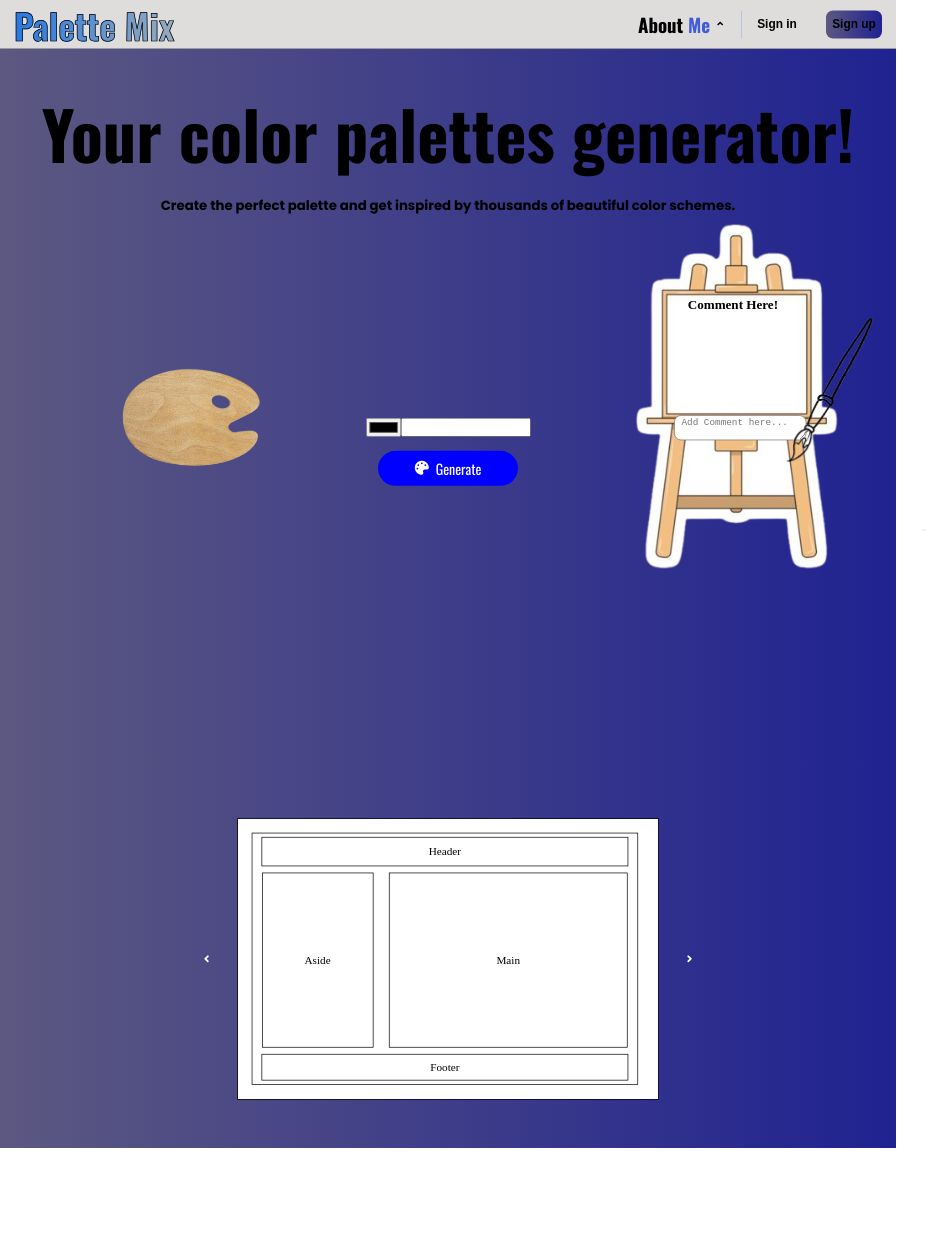
Repository: dmpelaez/Login-Signup-form
Page: Color/colorHeader.html
The author's editor kept a copy of each file at every save. The page is drawn from the files as they stood at one save, then again after the next save.
The browser window is 1280 px wide. The page is 1353 px wide, so the pictures cover 1353 px, including what lies to the right of the window. The pictures show the whole page, at 70% of full size.
Some web libraries are served in a nearby version.

Above is the page before, as saved 2025-12-12 16:11:34.

### Color/colorHeader.html
<!DOCTYPE html>

  <html lang="en" dir="ltr">

    <head>

      <title>Palette Mix</title>
      <!--Style-->
      <link rel="stylesheet" href="colorHeader.css">
      <link rel="stylesheet" href="colorMain.css">
      <link rel="stylesheet" href="https://cdnjs.cloudflare.com/ajax/libs/font-awesome/5.14.0/css/all.min.css">
    </head>
    <body>

      <header class="color-header">
        <!--Title-->
        <a href="colorHeader.html">
          <section id="title" class="color-title">
            Palette Mix
          </section>
        </a>

        <!--End-->

        <!--Right side navigation bar-->
        <section class="navigation-bar">

          <!--About me-->
          <button class="about-me">
            <span class="aboutme">About <span class="me-text">Me</span></span>
            <i class="fas fa-angle-up"></i>
          </button>

          <!--Login & Signup form-->
          <div class="signin-signup">
            <button class="sign-in">
              Sign in
            </button>
            <button class="sign-up">
              Sign up
            </button>
          </div>
        </section>
        <!--End-->
      </header>

      <main class="mainpage">

        <!--Main page-->
        <div class="main-page">

          <section class="title1">

            <h1 class="intro">Your color palettes generator!</h1>

            <h3 class="little-info">Create the perfect palette and get inspired by thousands of beautiful color schemes.</h3>
            <div class="sliding">
              <div class="colors">
              </div>
              <div class="colors2">
              </div>
              <div class="colors3">
              </div>
               <div class="colors4">
              </div>
            </div>

            <div class="colorSearch">
              <input type="color" class="colorbox">
              <Input type="text"  class="textbox">
              <img class="brush" src="brush.png">
              <img class="plate" src="plate.png">
              <img class="board" src="board.png">
                <div class="comment-section">
                  <h3 class="comment-text">Comment Here!</h3>
                  <ul class="comment-list"></ul>
                  <textarea class="comment-input" placeholder="Add Comment here..."></textarea>
                </div>
              </img>

            </div>

            <button class="generator">
              <i class="fas fa-palette"></i>
              Generate
            </button>
          </section>


        </div>

        <div class="theWhole">
          <div class="colorGenerator">
          </div>

          <div class="wholeDesign">
          <i id="leftIcon" class="fas fa-angle-left"></i>
              <div class="divBox">

            <!--Design 1-->


            <div class="divScroll">
              <div  class="div1">
                <div id="randomBox1" class="divpage1">
                  <header id="randomBox2" class="headerDiv1">Header</header>
                  <main  id="randomBox3" class="mainDiv1">
                    <div id="randomBox4" class="asideDiv1">Aside</div>
                    <div id="randomBox5" class="frontDiv1">Main</div>
                  </main>
                  <footer id="randomBox7" class="footerDiv1">Footer</footer>
                </div>
              </div>
              <!--Design 2-->
              <div  class="div2">
                <div id="randomBox1" class="divpage2">
                  <header id="randomBox2" class="headerDiv2">Header</header>
                    <div id="randomBox4" class="asideDiv2">Aside</div>
                    <div id="randomBox5" class="frontDiv2">Main</div>
                  <footer id="randomBox7" class="footerDiv2">Footer</footer>
                </div>
              </div>

              <!--Design 3-->

              <div  class="div3">
                <div id="randomBox1" class="divpage3">
                  <header id="randomBox2" class="headerDiv3">Header</header>
                    <div class="navBar">Navigation</div>
                    <div id="randomBox4" class="asideDiv3">Aside</div>
                    <div id="randomBox4" class="asideDiv32">Aside</div>
                    <div id="randomBox5" class="frontDiv3">Main</div>

                  <footer id="randomBox7" class="footerDiv3">Footer</footer>
                </div>
              </div>

            </div>
          </div>
          <i id="rightIcon"class="fas fa-angle-right"></i>



        </div>

        </div>


      </main>


      <script type="module" src="color.js"></script>

    </body>

  </html>

### Color/colorHeader.css
@import url('https://fonts.googleapis.com/css2?family=Anton&family=Oswald:wght@200..700&family=Poppins:ital,wght@0,100;0,200;0,300;0,400;0,500;0,600;0,700;0,800;0,900;1,100;1,200;1,300;1,400;1,500;1,600;1,700;1,800;1,900&family=Roboto:ital,wght@0,100..900;1,100..900&display=swap');

body {
  margin: 0;
  padding: 0;
}

.color-header {
  display: flex;
  justify-content: space-between;
  align-items: center;
  padding-left: 20px;
  padding-right: 20px;
  background: rgb(223, 220, 220);
  box-sizing: border-box;
  position: fixed;
  right: 0;
  left: 0;
  top: 0;
  height: 70px;
  border-bottom: 1px solid gray;
  z-index: 2;
}
@media (max-width: 670px) {
  .color-header {
    gap: 30px;
  }
}

a {
  text-decoration: none;
  flex-shrink: 0;
}

.color-title {
font-family: "Oswald", sans-serif;
font-weight: bold;
display: flex;
height: 50px;
font-size: 50px;
justify-content: start;
align-items: center;
-webkit-text-stroke: 1px black;
background: linear-gradient(90deg, rgb(41, 120, 224), rgb(150, 171, 190));
-webkit-background-clip: text;
-webkit-text-fill-color: transparent;
transition: all 0.3s ease;
cursor: pointer;
flex-shrink: 0;
}




.navigation-bar {
  display: Flex;
  justify-content: space-between;
  align-items: center;
  gap: 20px;
  height: 50px;
}
.signin-signup {
  display: Flex;
  border-left: 1px solid rgb(162, 183, 240);
  justify-content: space-between;
  align-items: center;
  gap: 30px;
  height: 40px;
  padding-left: 10px;
}

.sign-up {
  height: 40px;
  width: 80px;
  border-radius: 10px;
  border: none;
  background: transparent;
  color: black;
  font-family: arial;
  font-weight: bold;
  font-size: 17px;
  cursor: pointer;
  background: linear-gradient(90deg, rgb(92, 88, 129), rgb(32, 34, 145));
}
.sign-in {
  height: 40px;
  width: 80px;
  border-radius: 10px;
  border: none;
  background: transparent;
  color: black;
  font-family: arial;
  font-weight: bold;
  font-size: 17px;
  cursor: pointer;

}
.sign-in:hover,
.sign-up:hover {
background: linear-gradient(90deg, rgb(92, 88, 129), rgb(32, 34, 145));
  color: white;
}
.about-me {
  display: flex;
  justify-content: space-evenly;
  height: 40px;
  align-items: center;
  background-color: transparent;
  border: none;
  cursor: pointer;
  border-radius: 5px;
  flex-shrink: 0;
}
.about-me:hover {
  color: white;
  background: linear-gradient(90deg, rgb(92, 88, 129), rgb(32, 34, 145));
}
.aboutme {
  font-weight: bold;
  font-size: 27px;
  font-family: "Oswald";

}

.me-text {
  margin-right: 10px;
  color: rgb(66, 93, 212);
}

### Color/colorMain.css
@import url('https://fonts.googleapis.com/css2?family=Anton&family=Luckiest+Guy&family=Oswald:wght@200..700&family=Poppins:ital,wght@0,100;0,200;0,300;0,400;0,500;0,600;0,700;0,800;0,900;1,100;1,200;1,300;1,400;1,500;1,600;1,700;1,800;1,900&family=Roboto:ital,wght@0,100..900;1,100..900&display=swap');

body {
  height: 1700px;
}

.mainpage {
margin-top: 70px;
display: grid;
max-width: 1900px;
flex-shrink: 0;
position: relative;
}



.main-page {

}
.intro {
  font-weight: bold;
  font-size: 95px;
  white-space: wrap;
  font-family: "Oswald";
  flex-shrink: 0;
  display: flex;
  margin: 0px;
}
.title1 {
  display: flex;
  flex-direction: column;
    width: 100%;
  height: 800px;
  justify-content: start;
  position: relative;
  padding-top: 50px;
  align-items: center;
 background: linear-gradient(90deg, rgb(92, 88, 129), rgb(32, 34, 145));
 transition: background 6s ease;

}


.animate-gradient {
  animation: gradientShift 6s infinite alternate;
}

.little-info {

  font-size: 19px;
  color: rgb(0, 0, 0);
  font-family: "Poppins";
}

.letters {
  display: inline-block;
  margin: 2px;
}

.letters:hover {
  cursor: pointer;
  transition: text-shadow 0.3s ease;

  animation: wiggle 0.2s infinite alternate;
}


@keyframes wiggle {
  from {transform: translateX(0);}
  to {transform: translateX(-10px);}
}
.colors,
.colors2,
.colors3,
.colors4  {
  display: flex;

   width: 500px;
  height: 150px;
  justify-content: center;

   gap: 10px;
}
.colors div,
.colors2 div,
.colors3 div,
.colors4 div {
  display: Flex;
  height: 145px;
  flex-direction: row;
  width: 200px;
  justify-content: center;
}
.box {
  display: Flex;
  align-items: center;
  justify-content: center;
  font-weight: bold;
  font-size: 19px;
  text-transform: uppercase;
  cursor: pointer;

  border-radius: 10px;
}
.sliding {

  height: 250px;
 position: relative;
 overflow: hidden;
 margin-bottom: 20px;
}
.colors,
.colors2,
.colors3,
.colors4 {
  animation: scrollUp 6s linear infinite;

}


@keyframes scrollUp {
  0%   { transform: translateY(0); }
  25%   { transform: translateY(-50%); }
  50%   { transform: translateY(-100%); }
  75%   { transform: translateY(-150%); }
  100% { transform: translateY(-205%); }
}

.colorSearch {
  display: Flex;
  position: relative;
}
.brush {
  position: absolute;
  width: 300px;
  object-fit: cover;
  z-index: 1;
  top: -250px;
  right: -580px;
  pointer-events: none;
}
.plate {
  position: absolute;
  width: 200px;
  left: -350px;
  top: -70px;


}
.board {
  position: absolute;
  width: 600px;
  top: -330px;
  left: 230px;
  pointer-events: none;
}

.comment-section {
  position: absolute;
  right: -394px;
  bottom: -20%;
  display: flex;
  flex-direction: column;
  height: 250px;
  justify-content: end;
  text-align: center;

}
.comment-list {
position: absolute;
bottom: 10%;
display: flex;
align-items: left;
justify-content: start;

gap: 10px;
height: 140px;
width: 189px;
padding: 0;
left: -16px;
flex-direction: column;
overflow-y: scroll;
padding-left: 10px;
}
.comment-text {
  margin: 0px;
  Position: absolute;
  top: 45px;
  left: 20px;
  white-space: nowrap;
}
.comment-input {
display: flex;
position: initial;
padding-left: 10px;
text-align: middle;
align-items: center;
justify-content: center;
border-radius: 10px;
outline: none;
}
.comments {
  display: flex;
  justify-content: start;
  text-align: left;
  width: 160px;
  white-space: normal;
  word-wrap: break-word;
  word-break: break-all;
  overflow-wrap: break-word;
  border: 1px solid gray;
  padding: 10px;
  padding-right: 0px;
}


.generator {
  display: flex;
  background: blue;
  border: none;
  border-radius: 50px;
  height: 50px;
  align-items: center;
  justify-content: center;
  margin-top: 20px;
  width: 200px;
  font-family: "Oswald";
  font-size: 20px;
  color: white;
  cursor: pointer;
}
.generator i {
  margin-right: 10px;
}

.colorGenerator {
  display: flex;


  height: 200px;
  width: 100%;
  align-self: center;
 justify-self: center;
 align-items: center;
 justify-content: center;
 gap: 10px;

}
.generateColor {
  display: flex;
  border-width: 1px;
  border-radius: solid;
  width: 200px;
  height: 100px;
  justify-content: center;
  align-items: center;
  cursor: pointer;
  color: black;
}

.theWhole {
  height: 100vh;
  display: flex;
  flex-direction: column;
  justify-content: center;
  align-items: center;

 background: linear-gradient(90deg, rgb(92, 88, 129), rgb(32, 34, 145));
}

.divBox {
  border: 1px solid black;
  height: 400px;
  width: 600px;
  display: flex;
  align-items: center;
  justify-content: center;
  align-self: center;
  justify-self: center;
  gap: 20px;
  background-color: white;
  overflow-x: auto;
  scroll-behavior: smooth;
  position: relative;
}
.divBox::-webkit-scrollbar {
  display: none;
}
.wholeDesign {
  display: flex;
  justify-content: center;
  align-items: center;
  margin-bottom: 20px;
}


.divBox i {
  cursor: pointer;
  margin-right: 10px;
  margin-left: 10px;

}

.divScroll {
  display: flex;
  justify-content: space-evenly;
  height: 90%;
  min-width: 90%;
  position: absolute;
  left: 20px;
  background-color: white;
  gap: 30px;

}

.div1{
  display: grid;
  border: 1px solid black;
  min-height: 90%;
  width: 550px;
  flex-direction: column;
  z-index: 1;


}


.div2 {
 display: grid;
  border: 1px solid black;
  min-height: 90%;
  width: 550px;
  flex-direction: column;
  z-index: 1;

}
.div3 {
  display: grid;
  border: 1px solid black;
  min-height: 90%;
  width: 550px;
  flex-direction: column;
  z-index: 1;
  margin-right: 20px;

}





.divpage1 {
  display: flex;
   z-index: 2;
   flex-direction: column;
  height: 100%;
  min-width: 100%;
  justify-content: space-between;
  align-items: center;

}

.headerDiv1 {
  display: flex;
  align-items: center;
  justify-content: center;
  height: 40px;
  border: 1px solid black;
  min-width: 95%;
  margin-top: 5px;
  z-index: 2;
  background-color: white;
}
.mainDiv1{
  display: flex;
   z-index: 2;
  height: 70%;
  min-width: 95%;
  justify-content: space-between;

}
.footerDiv1 {
  display: flex;
  border: 1px solid black;
  min-width: 95%;
  justify-content: center;
  height: 10%;
  align-items: center;
  margin-bottom: 5px;
    z-index: 2;
    background-color: white;
}
.asideDiv1 {
  border: 1px solid black;
  min-width: 30%;
  display: flex;
  align-items: center;
  justify-content: center;
  z-index: 2;
  background-color: white;
}
.frontDiv1 {
  display: flex;
  border: 1px solid black;
  min-width: 65%;
  justify-content: center;
  align-items: center;
  z-index: 2;
  background-color: white;
}





.divpage2 {
  display: grid;
grid-template-columns: 150px 1fr 1fr 1fr;
grid-template-rows: 150px 1fr 1fr 1fr;
row-gap: 10px;
column-gap: 10px;
margin: 10px;
}
.headerDiv2 {
  grid-row: 1 / 3 span;
  display: flex;
  justify-content: center;
  align-items: center;
  border: 1px solid black;
  background-color: white;
}

.footerDiv2 {
  grid-row: 4 / 1 span;
  grid-column: 4 span;
  display: flex;
  justify-content: center;
  align-items: center;
  border: 1px solid black;
  background-color: white;
}


.frontDiv2 {
grid-column: 2 / 3 span;
grid-row: 1 / 2 span;
display: flex;
justify-content: center;
align-items: center;
border: 1px solid black;
background-color: white;
}
.asideDiv2 {
  grid-column: 2 / 3 span;
  display: flex;
  justify-content: center;
  align-items: center;
  border: 1px solid black;
  background-color: white;
}




.divpage3 {
  display: grid;
  grid-template-columns: 150px 1fr 150px;
  grid-template-rows: 50px 40px 1fr 1fr 40px;
  row-gap: 10px;
  column-gap: 10px;
  margin: 10px;

}
.headerDiv3 {
  grid-column: 1 / 3 span;
  display: flex;
  justify-content: center;
  align-items: center;
  border: 1px solid black;
  background-color: white;
}
.navBar {
  grid-column: 1 / 3 span;
  display: flex;
  justify-content: center;
  align-items: center;
  border: 1px solid black;
background-color: white;
}
.asideDiv3 {
  display: flex;
  border: 1px solid black;
  justify-content: center;
  align-items: center;
background-color: white;
}
.asideDiv32 {
  display: Flex;
  border: 1px black solid;
  grid-row: 4;
  justify-content: center;
  align-items: center;
  background-color: white;
}
.frontDiv3 {
  display: flex;
  justify-content: center;
  align-items: center;
  border: 1px solid black;
  grid-row: 3 / 2 span;
  grid-column: 2 / 2 span;
  background-color: white;
}
.footerDiv3 {
  display: Flex;
  align-items: center;
  justify-content: center;
  border: 1px solid black;
  grid-column: 1 / 3 span;
  background-color: white;
}




#leftIcon {
  cursor: pointer;
  color: white;
  margin-right: 20px;
  padding: 20px;
}
#rightIcon {
  cursor: pointer;
  margin-left: 20px;
  padding: 20px;
 color: white;
}

Loaded but not shown: Color/color.js (457 lines, source omitted)

After the next save:
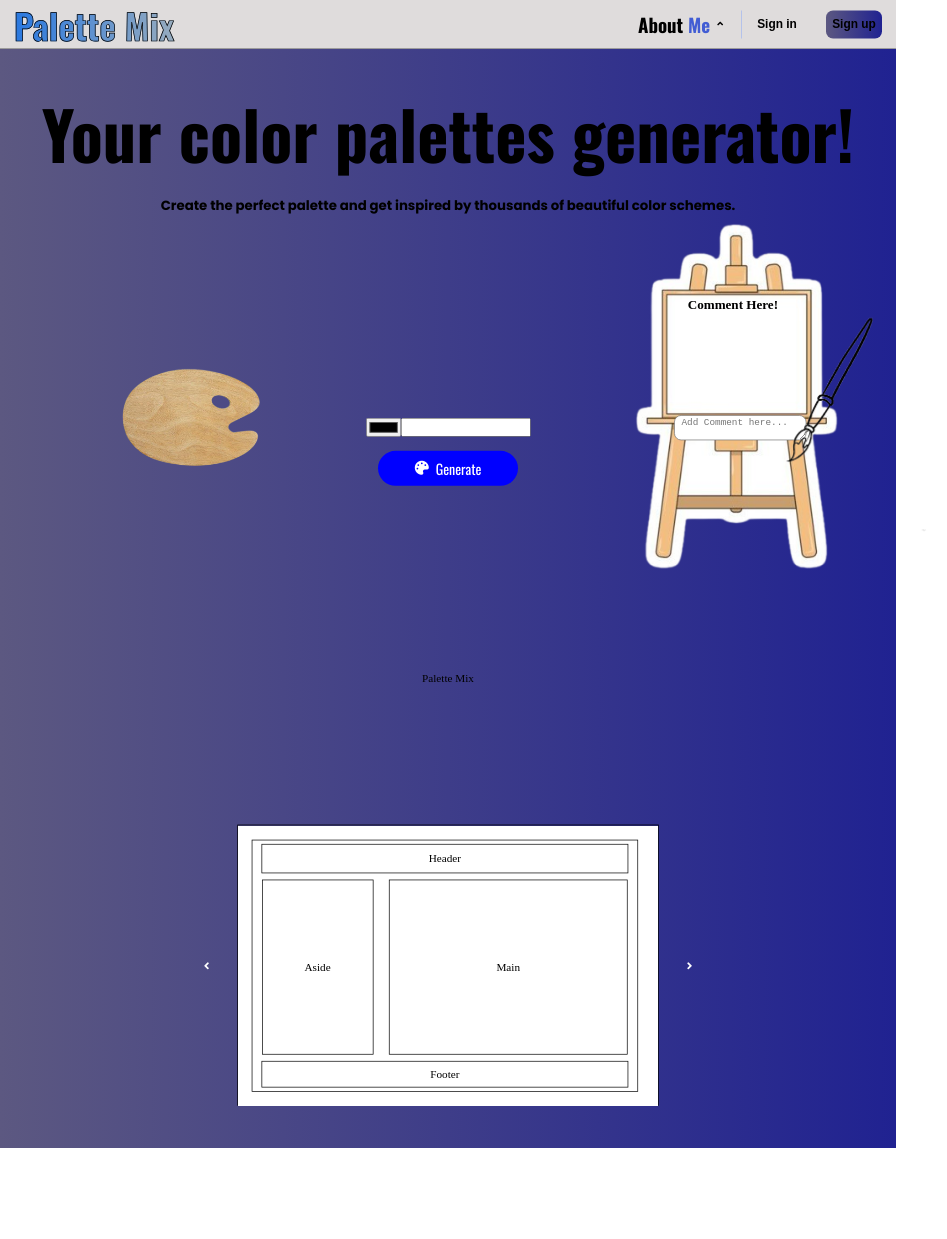
Saved 5 min 51 s later.
--- a/Color/colorHeader.html
+++ b/Color/colorHeader.html
@@ -90,6 +90,7 @@
         </div>
 
         <div class="theWhole">
+          <div class="paletteText">Palette Mix</div>
           <div class="colorGenerator">
           </div>
 
